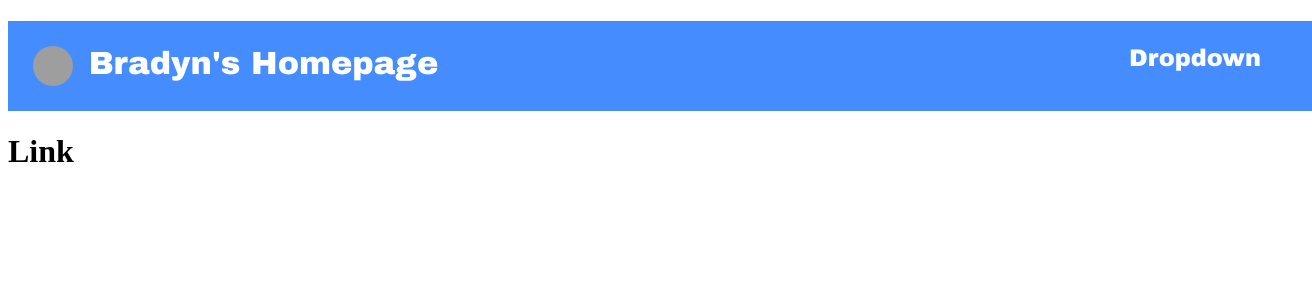
Repository: br4y/br4y.github.io
Page: braysite/link.html
The author's editor kept a record of every edit. The page is drawn from the files as they stood at one moment, then again after the next edit.
The browser window is 1280 px wide. The page is 1312 px wide, so the pictures cover 1312 px, including what lies to the right of the window. The pictures show the whole page.
Pictures or frames that could not be fetched are drawn as grey boxes.

Above is the page before.

### braysite/link.html
<!DOCTYPE html>
<link href="StyleSheet.css" rel="stylesheet" type="text/css">
<html>
    <head>
        <h1 class="title"><img src="https://www.nationalgeographic.com/content/dam/animals/thumbs/rights-exempt/mammals/d/domestic-dog_thumb.jpg" class="dog"></img>
            Bradyn's Homepage
                <div class="dropdown">
                    <button class="dropbtn">Dropdown</button>
                     <div class="dropdown-content">
                        <a href="index.html">Home</a>
                        <a href="about.html">About Me</a>
                        <a href="portfolio.html">My Portfolio</a>
                        <a href="link.html">Link </a>
                    </div>
                </div>
        </h1>

    </head>

    <body>
        <h1>Link</h1>
    </body>

</html>

### braysite/StyleSheet.css
            .title {
                padding:20px;
                text-align:left;
                font-family: "Arial Black", Gadget, sans-serif;
                width:100%;
                background-color:#458cff;
                color:white;
                line-height:30px;
            }

            .dropdown {
                float:right;
                display:inline-block;
            }

            .dropdown-content {
                display:none;
                position:absolute;
                z-index:1;
                width:75%;
            }

            .dropdown-content a {
                color:white;
                display:block;
                background-color: #458cff;
                padding:12px 16px;
                font-size:50%;
                z-index:;
                font-family:"Arial Black", Gadget, sans-serif;
                text-decoration:none;
            }


            .drplink {
                display:block;
                position:absolute;
                z-index:;
                background-color:white;
                font-family:"Arial Black", Gadget, sans-serif;
            }

            .dropbtn {
                margin-right:10px;
                padding-right:20px;
                border-color:#458cff;
                border-right:1px #458cff solid;
                border-bottom:1px #458cff solid;
                background-color:#458cff;
                color:white;
                font-size:75%;
                font-family:"Arial Black", Gadget, sans-serif;
            }

            .dog {
                width:40px;
                height:40px;
                border-radius:50%;
                padding:5px;
                display:inline;
                vertical-align:middle;
            }

            .portrait {
                height:relative;
                width:50%;
                float:left;
            }

            .about-text {
                text-align:left;
                font-family:"Arial Black", Gadget, sans-serif;
                width:45%;
                height:relative;
                display:inline-block;
                margin-left:15px;
            }

            .dropdown:hover .dropdown-content {display: block;}
            .dropdown-content a:hover {background-color:#2376fc;}
            .dropdown:hover .dropbtn {background-color: #2376fc;}

After the next edit:
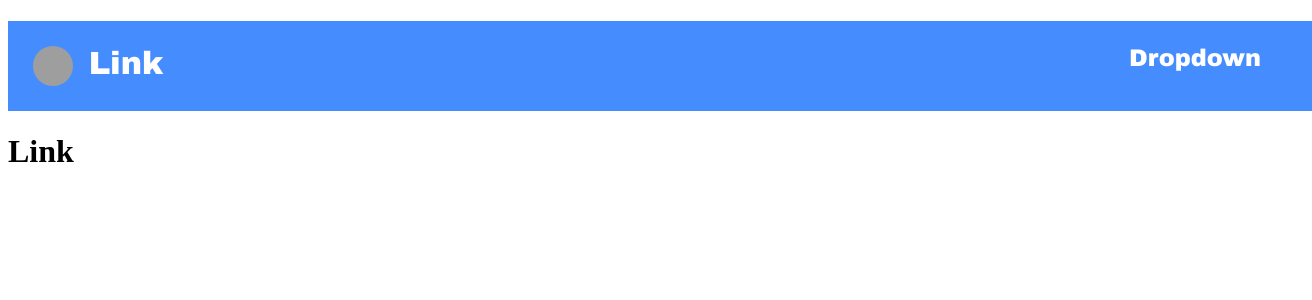
The edit:
--- a/braysite/link.html
+++ b/braysite/link.html
@@ -3,7 +3,7 @@
 <html>
     <head>
         <h1 class="title"><img src="https://www.nationalgeographic.com/content/dam/animals/thumbs/rights-exempt/mammals/d/domestic-dog_thumb.jpg" class="dog"></img>
-            Bradyn's Homepage
+            Link
                 <div class="dropdown">
                     <button class="dropbtn">Dropdown</button>
                      <div class="dropdown-content">
